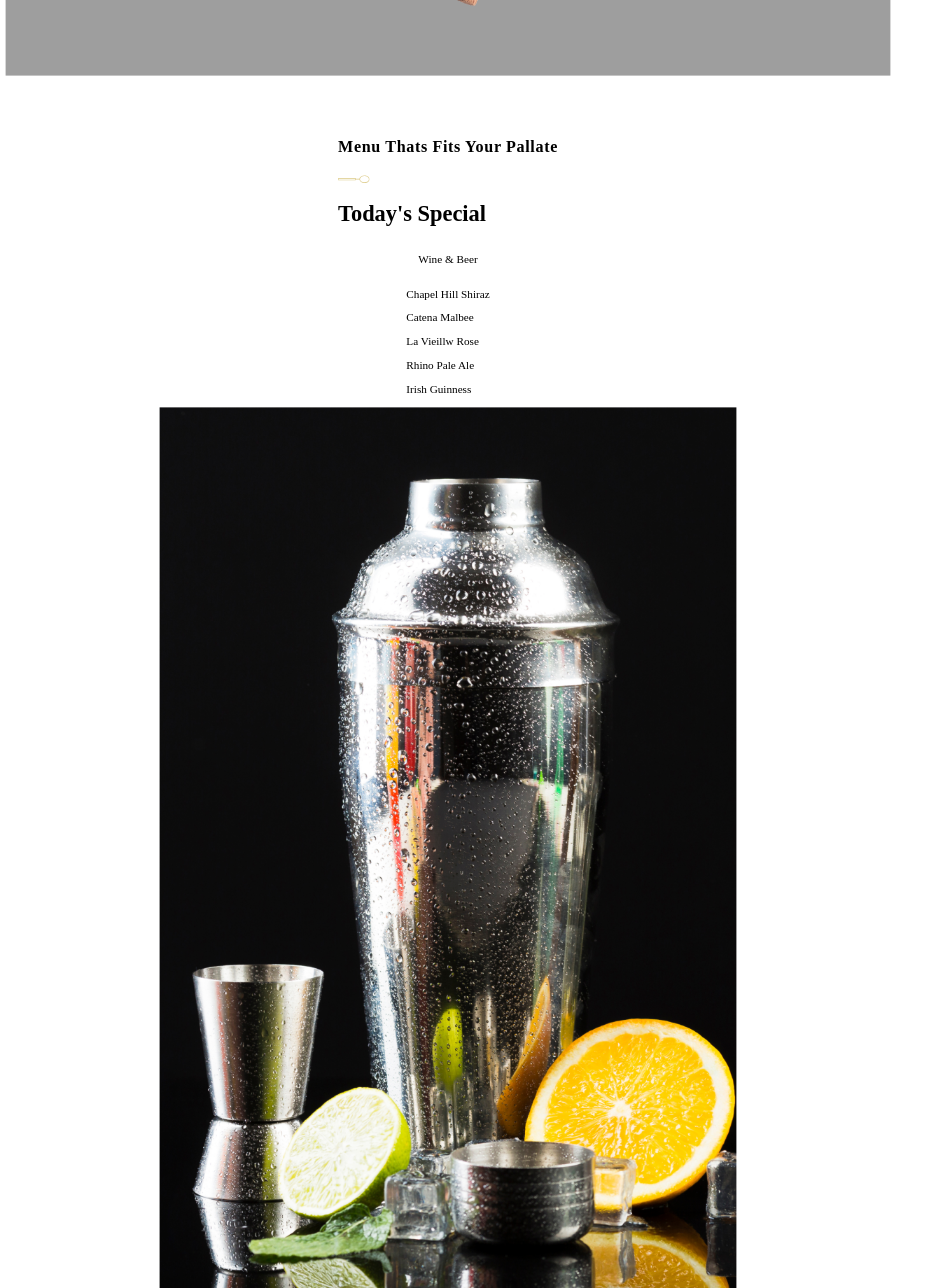
Repository: remydev47/restaurant
Page: /
The author's editor kept a copy of each file at every save. The page is drawn from the files as they stood at one save, then again after the next save.
The browser window is 1280 px wide. The page is 1336 px wide, so the pictures cover 1336 px, including what lies to the right of the window. The pictures show the part of the page from y = 2280 to 4120 px (the page is 4601 px tall before and 4633 px after), at 70% of full size.
Pictures or frames that could not be fetched are drawn as grey boxes. Backgrounds fixed to the window are drawn as part of the page. The project was rebuilt for these pictures with package versions that can differ from the ones it lists, and the page was loaded fresh each time. Also part of the build but not shown: src/container/Chef/Chef.css, src/components/Footer/Newsletter.jsx, src/components/Footer/FooterOverlay.jsx, src/components/Menuitem/MenuItem.css, src/components/Menuitem/MenuItem.jsx. Imported but missing from the stored project, and not drawn on this page: src/assets/meal.mp4.

Above is the page before, as saved 2022-03-15 15:36:52.

### public/index.html
<!DOCTYPE html>
<html lang="en">
  <head>
    <meta charset="utf-8" />
    <link rel="icon" href="%PUBLIC_URL%/favicon.ico" />
    <meta name="viewport" content="width=device-width, initial-scale=1" />
    <meta name="theme-color" content="#000000" />
    <meta name="description"content="Web site created using create-react-app"/>
    <link rel="apple-touch-icon" href="%PUBLIC_URL%/logo192.png" />
    <link rel="manifest" href="%PUBLIC_URL%/manifest.json" />
    <title>Gerich Resturant</title>
  </head>
  <body>
    <noscript>You need to enable JavaScript to run this app.</noscript>
    <div id="root"></div>
</html>

### src/App.js
import React from 'react';

import { AboutUs, Chef, FindUs, Footer, Gallery, Header, Intro, Laurels, SpecialMenu } from './container';
import { Navbar } from './components';
import './App.css';

const App = () => (
  <div>
    <Navbar />
    <Header />
    <AboutUs />
    <SpecialMenu />
    <Chef />
    <Intro />
    <Laurels />
    <Gallery />
    <FindUs />
    <Footer />
  </div>
);

export default App;

### src/container/AboutUs/AboutUs.jsx
import React from 'react';

import './AboutUs.css';
import { images } from '../../constants';

const AboutUs = () => (
  <div className="app__aboutus app__bg flex__center section__padding" id="aboutus">
    <div className='app__aboutus-overlay flex__center'>
      <img src={images.G} alt="g letter" />
    </div>
    <div className='app__aboutus-content flex__center'>
      <div className='app__aboutus-content_about'>
        <h1 className='headtext__cormorant'>About Us</h1>
        <img src={images.spoon} alt="about_spoon" className="spoon__img" />
        <p className="p__opensans">
          Eager to serve you, our experienced wait staff greet you at the door and lead you to the table of your choice in the well thought out seating arrangement. The rich aroma of freshly ground coffee is the handiwork of our skilled baristas, adept in latte art.
        </p>
        <button type="button" className="custom__button">Know More</button>
      </div>
      <div className="app__aboutus-content_knife flex__center">
        <img src={images.knife} alt="about_knife" />
      </div>
      <div className='app__aboutus-content_history'>
        <h1 className='headtext__cormorant'>Our History</h1>
        <img src={images.spoon} alt="about_spoon" className="spoon__img" />
        <p className="p__opensans">
        Welcome to Giretch, a fully fledged restaurant specializing in delivering a relaxed and memorable dining experience. We’re currently in 12 locations; 4 in Nairobi, 8 in Kampala and 1 in Entebbe
        </p>
        <button type="button" className="custom__button">Know More</button>
      </div>
    </div>
  </div>
);

export default AboutUs;

### src/container/Header/Header.jsx
import React from 'react';
import { SubHeading } from '../../components';

import { images } from "../../constants"
import './Header.css';

const Header = () => (
  <div className="app__header app__wrapper section__padding" id="home">
    <div className="app__wrapper_info">
      <SubHeading title="Chase The New Flavour" />
      <h1 className="app__header-h1">The Key To Fine Dining</h1>
      <p className="p__opensans" style={{margin: '2rem 0'}}>
          Geritch is a perfect haven for both business and leisure travellers. It all begins with our friendly staff, who will do everything they can to make your meal fulfiling and enjoyable. The team at Geritch kitchen looks forward to welcoming you in one of our luxury restaurant where you will experience comfort and convenience in this beautiful city of Nairobi.
      </p>
      <button type="button" className="custom__button">Explore Menu</button>
    </div>
    <div className="app__wrapper_img">
      <img src={images.welcome} alt="header img" />
    </div>
  </div>
);

export default Header;

### src/container/Menu/SpecialMenu.jsx
import React from 'react';

import { SubHeading, MenuItem } from '../../components';
import { images, data } from '../../constants';
import './SpecialMenu.css';

const SpecialMenu = () => (
  <div className="app__specialMenu flex__center section__padding">
    <div className='app__specialMenu-title'>
      <SubHeading title="Menu Thats Fits Your Pallate" />
      <h1 className="headtext__comorant">Today's Special</h1>
    </div>

    <div className='app__specialMenu-menu'>
      <div className='app__specialMenu-menu_wine flex__center'>
        <p className='app__specialMenu_menu_heading'>Wine & Beer</p>
      </div>
      <div className='app__specialMenu_menu_items'>
        {data.wines.map((wine, index) => (
          <p>{wine.title}</p>
        ))}
      </div>
    </div>

    <div className="app__specialMenu-menu_img">
      <img src={images.menu} alt="menu img"  />
    </div>

    <div className='app__specialMenu-menu'>
      <div className='app__specialMenu-menu_cocktails flex__center'>
        <p className='app__specialMenu_menu_heading'>Wine & Beer</p>
      </div>
      <div className='app__specialMenu_menu_items'>
        {data.cocktails.map((cocktail, index) => (
          <p>{cocktail.title}</p>
        ))}
      </div>
    </div>
  </div>
);

export default SpecialMenu;

### src/components/SubHeading/SubHeading.jsx
import React from 'react';
import { images } from '../../constants';


const SubHeading = ({ title }) => (
  <div style={{ marginBottom: "1rem"}}>
    <p className='p__cormorant'>{title}</p>
    <img src={images.spoon} alt="spoon" className="spoon__img" />
  </div>
);

export default SubHeading;

### src/components/Navbar/Navbar.jsx
import React, {useState} from 'react';
import { GiHamburgerMenu } from 'react-icons/gi';
import { MdOutlineRestaurantMenu } from 'react-icons/md';

import images from '../../constants/images';
import './Navbar.css';

const Navbar = () => {
  const [toggleMenu, setToggleMenu] = useState(false)
  return(
  <nav className="app__navbar">
    <div className="app__navbar-logo">
     <img src={images.gericht} alt="app logo"/>
    </div>
    <ul className="app__navbar-links">
      <li className="p__opensans"><a href="#home">Home</a></li>
      <li className="p__opensans"><a href="#about">About</a></li>
      <li className="p__opensans"><a href="#menu">Menu</a></li>
      <li className="p__opensans"><a href="#awards">Awards</a></li>
      <li className="p__opensans"><a href="#contact">Contact</a></li>
    </ul>
    <div className="app__navbar-login">
      <a href="#login" className="p__opensans">Log in/ Register</a>
    <div/>
      <a href="/" className="p__opensans">Book Table</a>
    </div>
    <div className="app__navbar-smallscreen">
      <GiHamburgerMenu color="#fff" fontsize={27} onClick={() => setToggleMenu(true)} />

      {toggleMenu && (


      <div className="app__navbar-smallscreen_overlay flex__center slide-bottom">
        <MdOutlineRestaurantMenu fontSize={27} className="overlay__close" onClick={() => setToggleMenu(false)} />
        <ul className="app__navbar-smallscreen_links">
          <li className="p__opensans"><a href="#home">Home</a></li>
          <li className="p__opensans"><a href="#about">About</a></li>
          <li className="p__opensans"><a href="#menu">Menu</a></li>
          <li className="p__opensans"><a href="#awards">Awards</a></li>
          <li className="p__opensans"><a href="#contact">Contact</a></li>
       </ul>
      </div>
       )}
    </div>
  </nav>
  );
};

export default Navbar;

### src/container/AboutUs/AboutUs.css
.app__aboutus {
    position: relative;
}

.app__aboutus-overlay {
    position: absolute;
    inset: 0;
}

.app__aboutus-overlay img {
    width: 391px;
    height: 415px;
    z-index: 0;
}

.app__aboutus-content {
    width: 100%;
    z-index: 2;
}

.app__aboutus-content_about {
    flex: 1;
    display: flex;
    justify-content: flex-end;
    align-items: flex-end;
    flex-direction: column;

    text-align: right;
}

.app__aboutus-content_knife {
    margin: 2rem 4rem;
}

.app__aboutus-content_knife img{
    height: 910px;
}

.app__aboutus-content_history {
    flex: 1;
    display: flex;
    justify-content: flex-start;
    align-items: flex-start;
    flex-direction: column;

    text-align: left;
}

.app__aboutus-content_history p,
.app__aboutus-content_about p {
    margin: 2rem 0;
    color: var(--color-grey);
}

@media screen and (max-width: 2000px) {
    .app__aboutus-content_knife img{
        height: 1110px;
    }
}

.app__aboutus-content_history p,
.app__aboutus-content_about p {
    margin: 4rem 0;
    color: var(--color-grey);
}

@media screen and (max-width: 900px) {
    .app__aboutus-content {
        flex-direction: column;
    }

    .app__aboutus-content_knife {
        margin: 4rem 0;
    }
}

@media screen and (max-width: 650px) {
    .app__aboutus-overlay img {
        width: 80%;
        height: 320px;
    }
}

### src/container/Header/Header.css
.app__header {
    background-color: var(--color-black);
}

.app__header-h1 {
    font-family: var(--font-base);
    color: var(--color-golden);
    letter-spacing: 0.04rem;
    text-transform: uppercase;
    line-height: 117px;
    font-size: 90px;
}

.app__header-img {
    width: 100%;
}

### src/container/Menu/SpecialMenu.css
.app__specialMenu {
    flex-direction: column;
    background-color: var(--color-black);
}

### src/constants/images.js
import bg from '../assets/bg.png';
import chef from '../assets/chef.png';
import G from '../assets/G.png';
import gallery01 from '../assets/gallery01.png';
import gallery02 from '../assets/gallery02.png';
import gallery03 from '../assets/gallery03.png';
import gallery04 from '../assets/gallery04.png';
import knife from '../assets/knife.png';
import logo from '../assets/logo.png';
import menu from '../assets/menu.png';
import overlaybg from '../assets/overlaybg.png';
import spoon from '../assets/spoon.svg';
import welcome from '../assets/welcome.png';
import findus from '../assets/findus.png';
import laurels from '../assets/laurels.png';
import award01 from '../assets/award01.png';
import award02 from '../assets/award02.png';
import award03 from '../assets/award03.png';
import award05 from '../assets/award05.png';
import sign from '../assets/sign.png';
import quote from '../assets/quote.png';
import gericht from '../assets/gericht.png';

export default {
  bg,
  chef,
  G,
  gallery01,
  gallery02,
  gallery03,
  gallery04,
  knife,
  logo,
  menu,
  overlaybg,
  spoon,
  welcome,
  findus,
  laurels,
  award01,
  award02,
  award03,
  award05,
  sign,
  quote,
  gericht,
};

### src/components/Navbar/Navbar.css
.app__navbar {
   width: 100%;
   display: flex;
   justify-content: space-between;
   align-items: center;
   background: var(--color-black);
   padding: 1rem 2rem;
}

.app__navbar-logo{
    display: flex;
    justify-content: flex-start;
    align-items: center;
}

.app__navbar-logo img{
    width: 150px;
}

.app__navbar-links {
    flex: 1;
    display: flex;
    justify-content: center;
    align-items: center;

    list-style: none;
}

.app__navbar-links li{
    margin: 0 1rem;
    cursor: pointer;
}

.app__navbar-links li:hover {
   color: var(--color-grey);
}

.app__navbar-login {
    display: flex;
    justify-content: flex-end;
    align-items: center;
}
.app__navbar-login a {
    margin: o 1rem;
    text-decoration: none;
    transition: 0.5s  ease;
}

.app__navbar-login a:hover{
    border-bottom: 1px solid var(--color-golden);
}

.app__navbar-login div{
    width: 1px;
    height: 30px;
    background-color: var(--color-grey);
}

.app__navbar-smallscreen{
    display: none;
}

.app__navbar-smallscreen_overlay {
    position: fixed;
    top: 0;
    left: 0;
    width: 100%;
    height: 100vh;
    background-color: var(--color-black);
    transition: 0.5s ease;

    flex-direction: column;
    z-index: 5;
}

.app__navbar-smallscreen_overlay .overlay__close{
    font-size: 27px;
    color: var(--color-golden);
    cursor: pointer;

    position: absolute;
    top: 20px;
    right: 20px;
}

.app__navbar-smallscreen_links{
    list-style: none;
}

.app__navbar-smallscreen_links li {
   margin: 2rem;
   cursor: pointer;
   color: var(--color-golden);
   font-size: 2rem;
   text-align: center;
   font-family: var(--font-base);
}

.app__navbar-smallscreen_links li:hover {
    color: var(--color-white);
}

@media screen and (max-width: 2000px) {
    .app__navbar-logo img{
        width: 210px;
    }
}

@media screen and (max-width: 1150px) {
    .app__navbar-links {
        display: none;
    }

    .app__navbar-smallscreen {
        display: flex;
    }
}

@media screen and (max-width: 650px) {
    .app__navbar {
        padding: 1rem;
    }
    .app__navbar-login {
        display: none;
    }

    .app__navbar-logo img{
        width: 110px;
    }
}

### src/constants/data.js
import images from './images';

const wines = [
  {
    title: 'Chapel Hill Shiraz',
    price: '$56',
    tags: 'AU | Bottle',
  },
  {
    title: 'Catena Malbee',
    price: '$59',
    tags: 'AU | Bottle',
  },
  {
    title: 'La Vieillw Rose',
    price: '$44',
    tags: 'FR | 750 ml',
  },
  {
    title: 'Rhino Pale Ale',
    price: '$31',
    tags: 'CA | 750 ml',
  },
  {
    title: 'Irish Guinness',
    price: '$26',
    tags: 'IE | 750 ml',
  },
];

const cocktails = [
  {
    title: 'Aperol Sprtiz',
    price: '$20',
    tags: 'Aperol | Villa Marchesi prosecco | soda | 30 ml',
  },
  {
    title: "Dark 'N' Stormy",
    price: '$16',
    tags: 'Dark rum | Ginger beer | Slice of lime',
  },
  {
    title: 'Daiquiri',
    price: '$10',
    tags: 'Rum | Citrus juice | Sugar',
  },
  {
    title: 'Old Fashioned',
    price: '$31',
    tags: 'Bourbon | Brown sugar | Angostura Bitters',
  },
  {
    title: 'Negroni',
    price: '$26',
    tags: 'Gin | Sweet Vermouth | Campari | Orange garnish',
  },
];

const awards = [
  {
    imgUrl: images.award02,
    title: 'Bib Gourmond',
    subtitle: 'Lorem ipsum dolor sit amet, consectetur.',
  },
  {
    imgUrl: images.award01,
    title: 'Rising Star',
    subtitle: 'Lorem ipsum dolor sit amet, consectetur.',
  },
  {
    imgUrl: images.award05,
    title: 'AA Hospitality',
    subtitle: 'Lorem ipsum dolor sit amet, consectetur.',
  },
  {
    imgUrl: images.award03,
    title: 'Outstanding Chef',
    subtitle: 'Lorem ipsum dolor sit amet, consectetur.',
  },
];

export default { wines, cocktails, awards };

Loaded but not shown: src/index.js (common file); src/container/index.js (common file); src/components/index.js (common file); src/App.css (common file); src/container/Chef/Chef.jsx (common file); src/container/Findus/FindUs.jsx (common file); src/container/Footer/Footer.jsx (common file); src/container/Gallery/Gallery.jsx (common file); src/container/Intro/Intro.jsx (common file); src/container/Laurels/Laurels.jsx (common file); src/constants/index.js (common file); src/components/Footer/FooterOverlay.css (no stored copy; drawn as an empty file); src/components/Footer/Newsletter.css (no stored copy; drawn as an empty file); src/container/Footer/Footer.css (no stored copy; drawn as an empty file); src/container/Gallery/Gallery.css (no stored copy; drawn as an empty file); src/container/Intro/Intro.css (no stored copy; drawn as an empty file); src/container/Laurels/Laurels.css (no stored copy; drawn as an empty file)

After the next save:
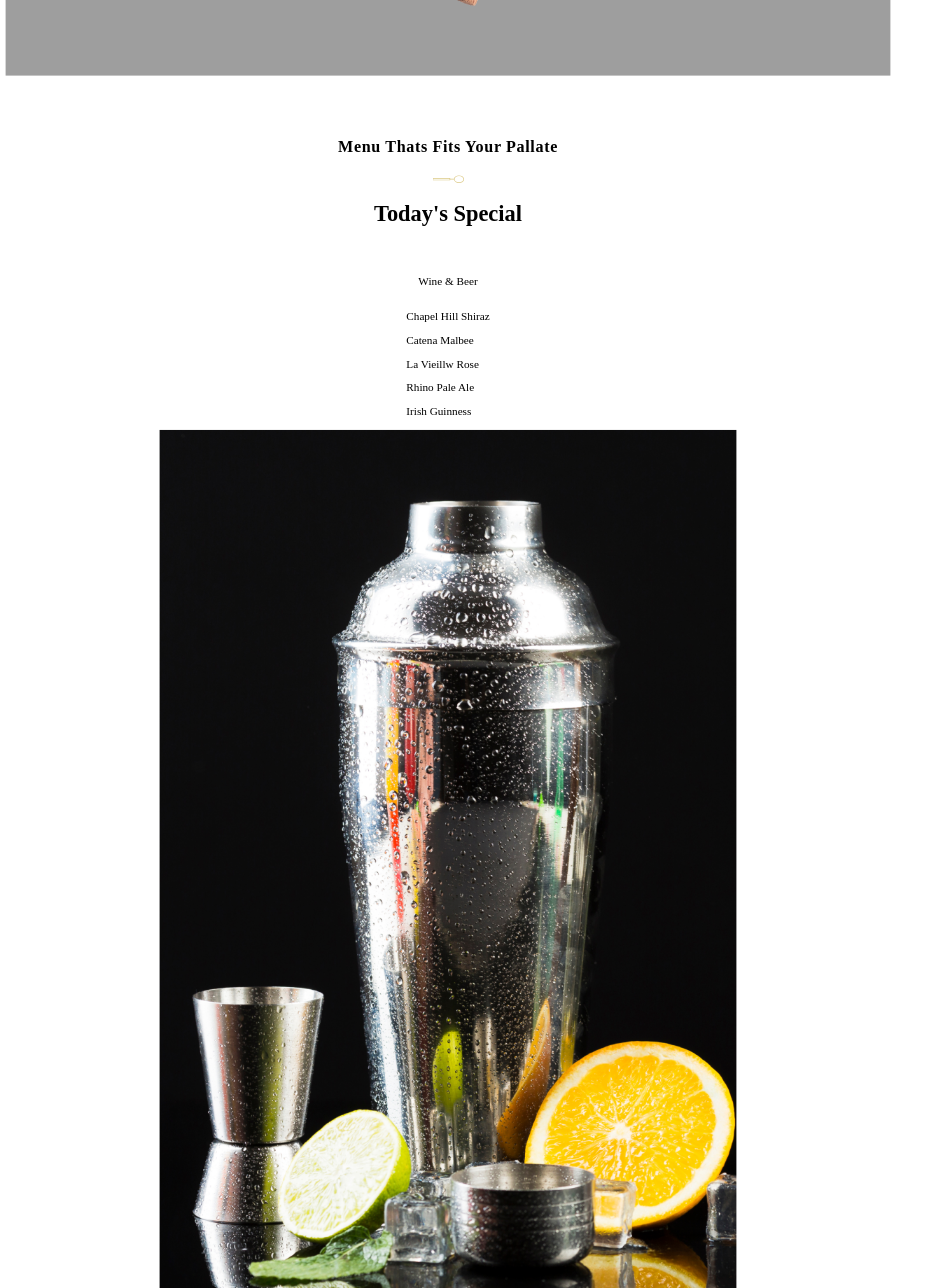
Saved 59 s later.
--- a/src/container/Menu/SpecialMenu.css
+++ b/src/container/Menu/SpecialMenu.css
@@ -2,3 +2,8 @@
     flex-direction: column;
     background-color: var(--color-black);
 }
+
+.app__specialMenu-title {
+    margin-bottom: 2rem;
+    text-align: center;
+}
